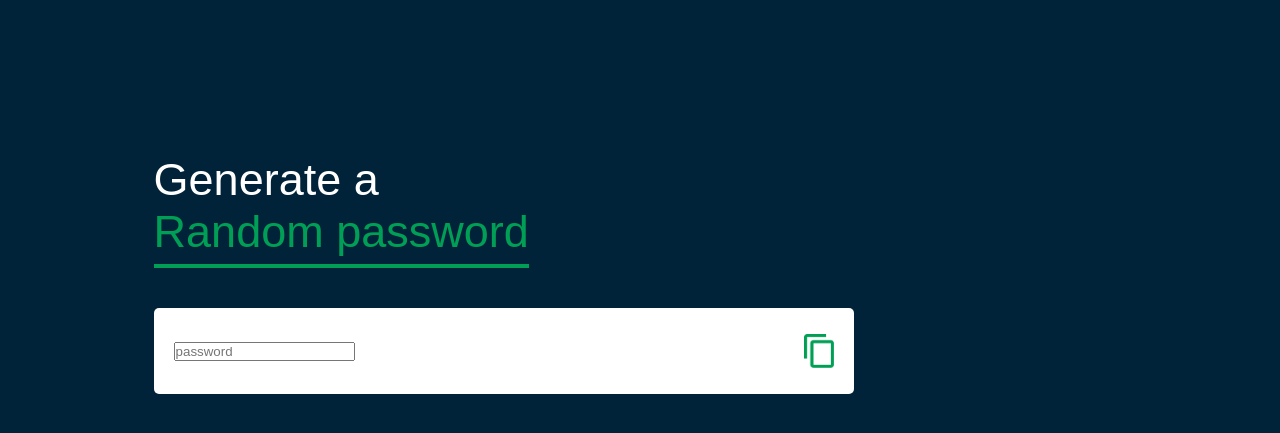
Repository: YAAMAR/password-generator
Page: Random password/index.html
An editor plug-in stored every save of this project. The page is shown before and after a run of saves, followed by the edit.
The browser window is 1280 px wide. The pictures show the whole page.

Above is the page before, as saved 2024-05-02 19:07:26.

After the next 12 saves:
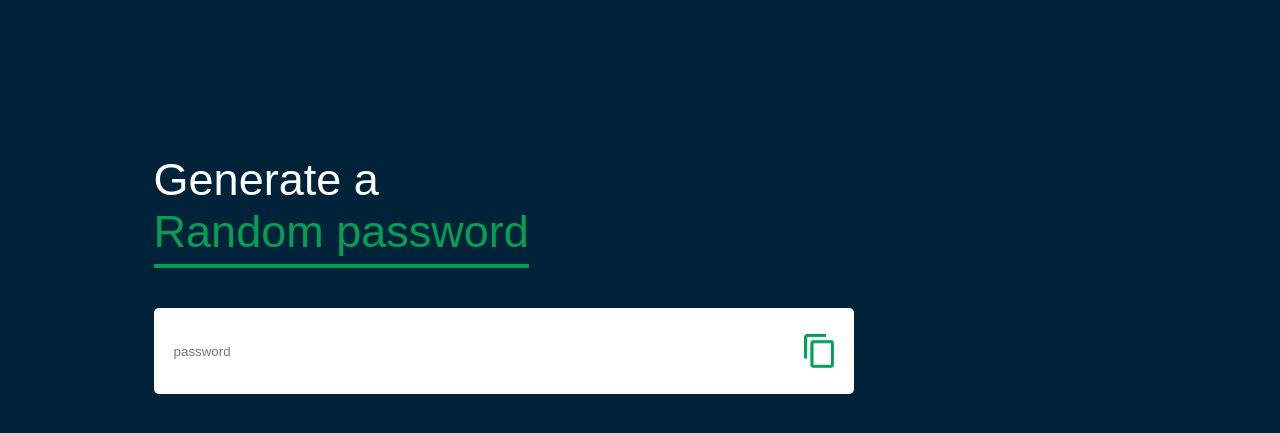
The 12 saves are shown as one change because they came seconds apart.
The last was saved 106 s later.
--- a/Random password/style.css
+++ b/Random password/style.css
@@ -39,3 +39,7 @@ border-radius: 5px;
     width: 30px;
     cursor: pointer;
 }
+.display input{
+    border: 0;
+    outline: 0;
+}
